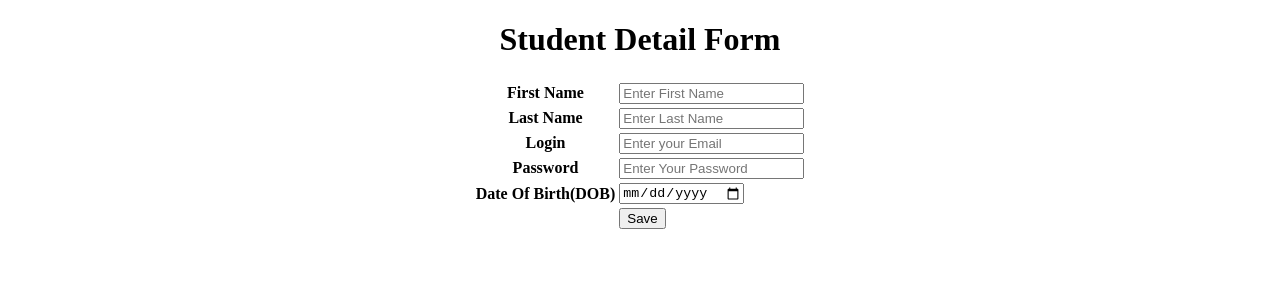
Repository: Abhi070717/Advance-Java
Page: http://localhost/jsp-servlet/UserForm.jsp
An editor plug-in stored every save of this project. The page is shown before and after the next save, followed by the edit.
The browser window is 1280 px wide. The pictures show the whole page.
The page is served by Tomcat 9. Other server files are loaded and not shown.

Above is the page before, as saved 2026-01-21 10:52:40.

### Jsp-servlet/jsp-servlet/WebContent/UserForm.jsp
<%@ page language="java" contentType="text/html; charset=ISO-8859-1"
	pageEncoding="ISO-8859-1"%>
<!DOCTYPE html>
<html>
<head>
<meta charset="ISO-8859-1">
<title>Student Form</title>
</head>
<body>

	<div align="center">

		<form>
			<h1>Student Detail Form</h1>
			<table>
				<tr>
					<th>First Name</th>
					<td><input type="text" name="firstName" value=""
						placeholder="Enter First Name"></td>
				</tr>
				<tr>
					<th>Last Name</th>
					<td><input type="text" name="lastName" value=""
						placeholder="Enter Last Name"></td>
				</tr>
				<tr>
					<th>Login</th>
					<td><input type="email" name="login" value=""
						placeholder="Enter your Email"></td>
				</tr>
				<tr>
					<th>Password</th>
					<td><input type="password" id="password" name="password"
						placeholder="Enter Your Password"></td>
				</tr>

				<tr>
					<th>Date Of Birth(DOB)</th>
					<td><input type="date" name="DOB" value=""></td>
				</tr>
				<tr>
					<th></th>
					<td><input type="Submit" name="operation" value="Save"></td>
				</tr>
			</table>

		</form>

	</div>

</body>
</html>

After the next save:
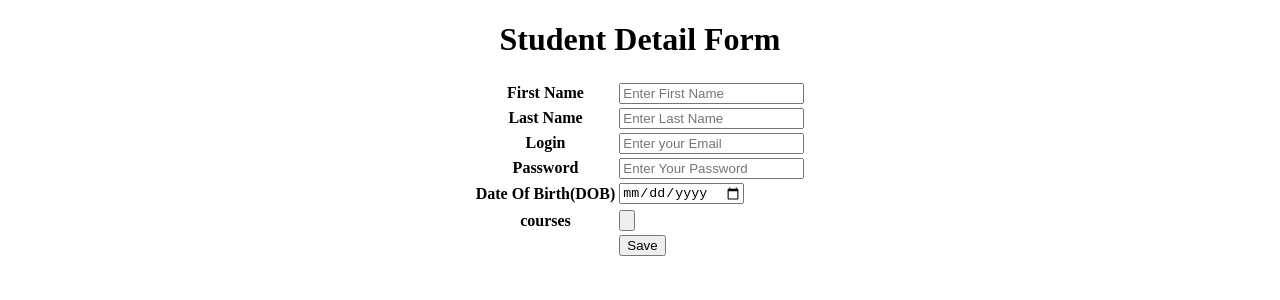
Saved 8 min 9 s later.
--- a/Jsp-servlet/jsp-servlet/WebContent/UserForm.jsp
+++ b/Jsp-servlet/jsp-servlet/WebContent/UserForm.jsp
@@ -39,6 +39,11 @@
 					<td><input type="date" name="DOB" value=""></td>
 				</tr>
 				<tr>
+				<tr>
+					<th>courses</th>
+					<td><input type="button" name="Select" value=""
+						placeholder="Select the course"></td>
+				</tr>
 					<th></th>
 					<td><input type="Submit" name="operation" value="Save"></td>
 				</tr>
